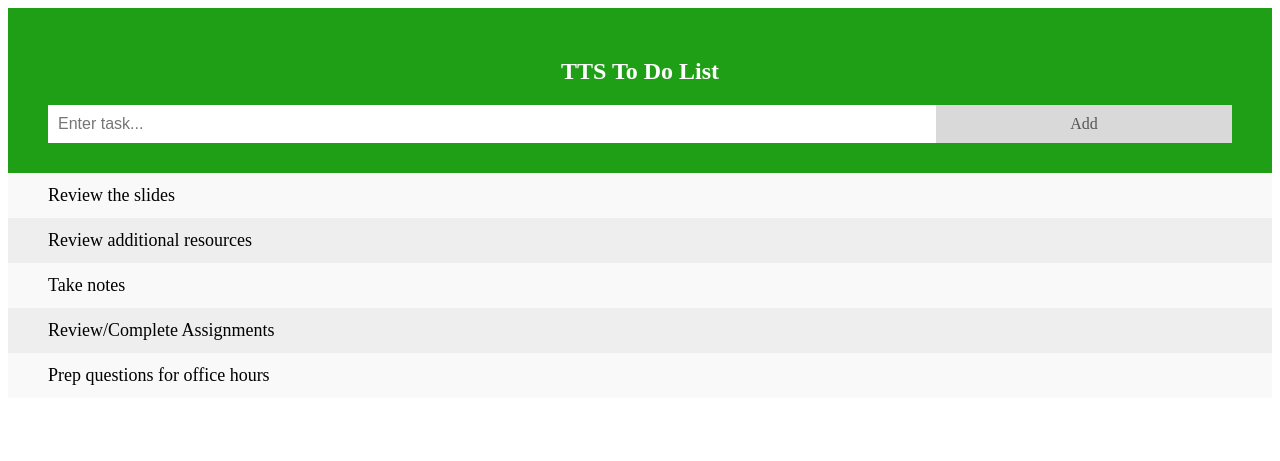
Repository: ayannasampson/week5groupproject
Page: week5group.html
The author's editor kept a copy of each file at every save. The page is drawn from the files as they stood at one save, then again after the next save.
The browser window is 1280 px wide. The pictures show the whole page.

Above is the page before, as saved 2023-03-07 20:30:02.

### week5group.html
<!DOCTYPE html>
<html>
  <head><link rel="stylesheet" type="text/css" href="week5groupproject.css">
  </head>


<div id="myDIV" class="header">
  <h2>TTS To Do List</h2>
  <input type="text" id="myInput" placeholder="Enter task...">
  <span onclick="newElement()" class="addBtn">Add</span>
</div>
<ul id="myUL">
  <li>Review the slides</li>
  <li>Review additional resources</li>
  <li>Take notes</li>
  <li>Review/Complete Assignments</li>
  <li>Prep questions for office hours</li>
</ul>

</html>

### week5groupproject.css
/* Include the padding and border in an element's total width and height */
* {
  box-sizing: border-box;
}

/* Remove margins and padding from the list */
ul {
  margin: 0;
  padding: 0;
}

/* Style the list items */
ul li {
  cursor: pointer;
  position: relative;
  padding: 12px 8px 12px 40px;
  background: #eee;
  font-size: 18px;
  transition: 0.2s;

  /* make the list items unselectable */
  -webkit-user-select: none;
  -moz-user-select: none;
  -ms-user-select: none;
  user-select: none;
}

/* Set all odd list items to a different color (zebra-stripes) */
ul li:nth-child(odd) {
  background: #f9f9f9;
}

/* Darker background-color on hover */
ul li:hover {
  background: #ddd;
}

/* When clicked on, add a background color and strike out text */
ul li.checked {
  background: #888;
  color: #fff;
  text-decoration: line-through;
}

/* Add a "checked" mark when clicked on */
ul li.checked::before {
  content: '';
  position: absolute;
  border-color: #fff;
  border-style: solid;
  border-width: 0 2px 2px 0;
  top: 10px;
  left: 16px;
  transform: rotate(45deg);
  height: 15px;
  width: 7px;
}

/* Style the close button */
.close {
  position: absolute;
  right: 0;
  top: 0;
  padding: 12px 16px 12px 16px;
}

.close:hover {
  background-color: #f44336;
  color: white;
}

/* Style the header */
.header {
  background-color: #0d9803ec;
  padding: 30px 40px;
  color: white;
  text-align: center;
}

/* Clear floats after the header */
.header:after {
  content: "";
  display: table;
  clear: both;
}

/* Style the input */
input {
  margin: 0;
  border: none;
  border-radius: 0;
  width: 75%;
  padding: 10px;
  float: left;
  font-size: 16px;
}

/* Style the "Add" button */
.addBtn {
  padding: 10px;
  width: 25%;
  background: #d9d9d9;
  color: #555;
  float: left;
  text-align: center;
  font-size: 16px;
  cursor: pointer;
  transition: 0.3s;
  border-radius: 0;
}

.addBtn:hover {
  background-color: #bbb;
}

After the next save:
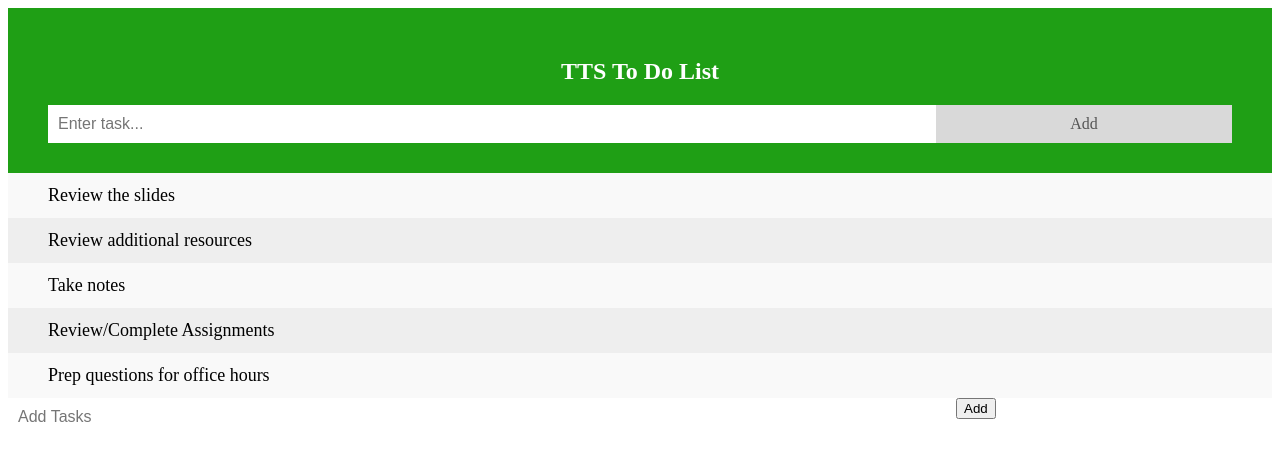
Saved 13 min 25 s later.
--- a/week5group.html
+++ b/week5group.html
@@ -17,4 +17,11 @@
   <li>Prep questions for office hours</li>
 </ul>
 
+<div class="container">
+  <div id="newtask">
+      <input type="text" placeholder="Add Tasks">
+      <button id="push">Add</button>
+  </div>
+  <div id="tasks"></div>
+</div>
 </html>
